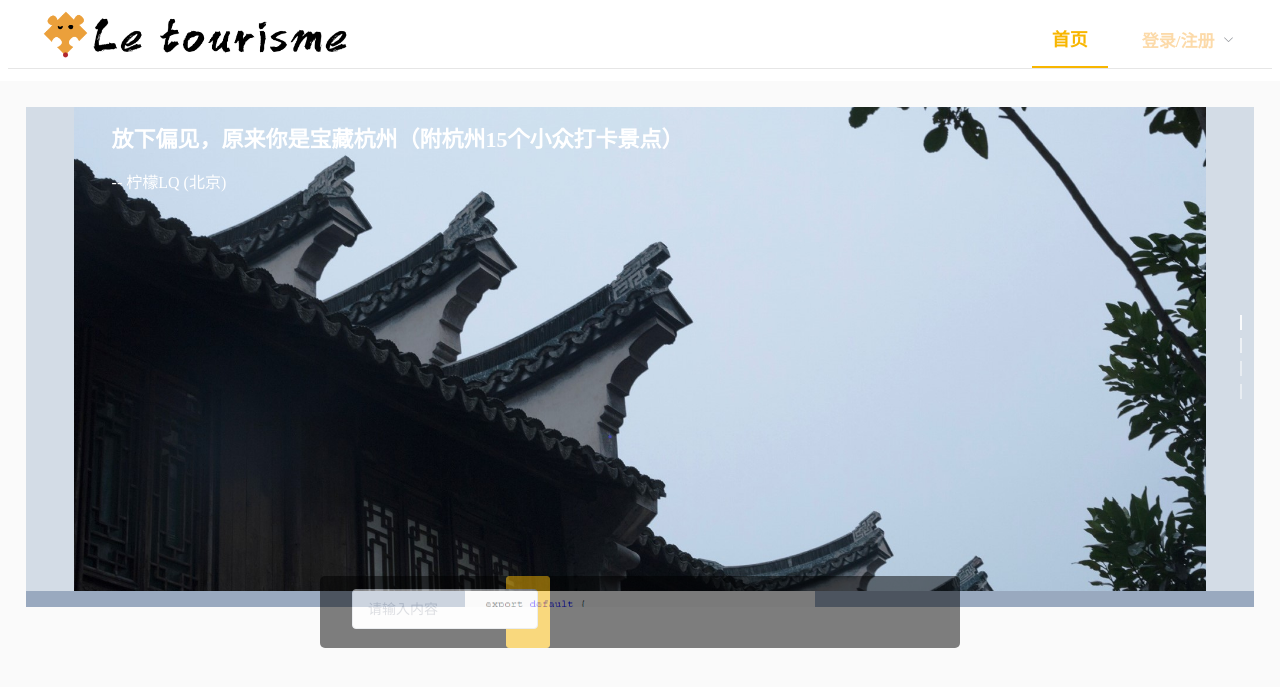
Repository: linxuerou0129/2020.08.31
Page: /
The author's editor kept a copy of each file at every save. The page is drawn from the files as they stood at one save, then again after the next save.
The browser window is 1280 px wide. The pictures show the whole page.
The page's requests for data from a server got no answer. The project was rebuilt for these pictures with package versions that can differ from the ones it lists, and the page was loaded fresh each time. No one was signed in, and anything a server would have sent is missing.

Above is the page before, as saved 2020-09-01 01:19:11.

After the next save:
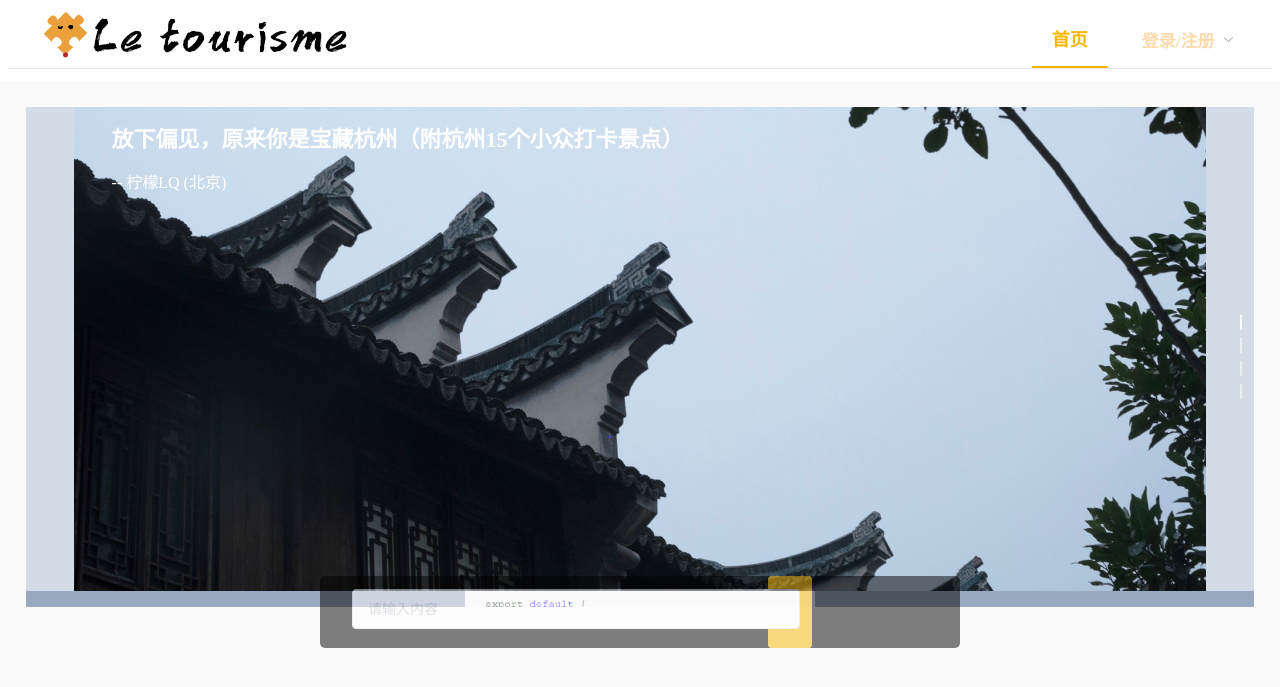
Saved 22 s later.
--- a/src/views/Home.vue
+++ b/src/views/Home.vue
@@ -42,7 +42,7 @@ export default {
 
 <style scoped>
 .input{
-  width: 29%;
+  width: 70%;
   left: 5%;
   top: 18%;
 }
